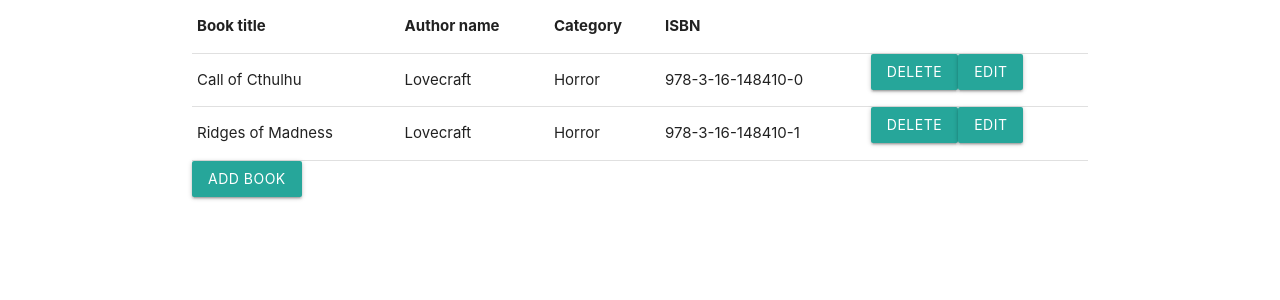
Repository: AlexanderBil/bookShalf
Page: /
These files come from the project's save history. The page is drawn as it stood at one moment and after a run of saves; the edit follows.
The browser window is 1280 px wide. The pictures show the whole page.
The project was rebuilt for these pictures with package versions that can differ from the ones it lists, and the page was loaded fresh each time. Also part of the build but not shown: src/components/AddBook.js, src/components/Edit.js, src/components/Modal.css.

Above is the page before, as saved 2021-06-27 20:05:33.

After the next 3 saves:
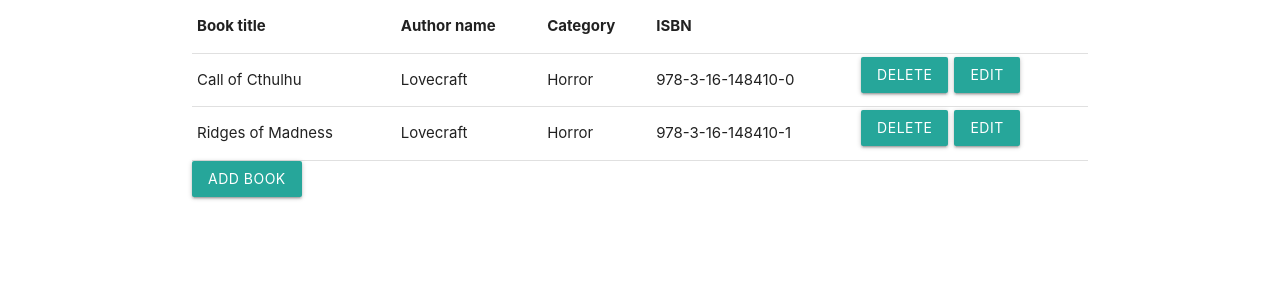
The 3 saves are shown as one change because they came seconds apart.
The last was saved 8 s later.
--- a/src/index.css
+++ b/src/index.css
@@ -8,5 +8,5 @@ body {
 }
 
 .edit, .delete{
-  mar
+  margin: 3px;
 }
